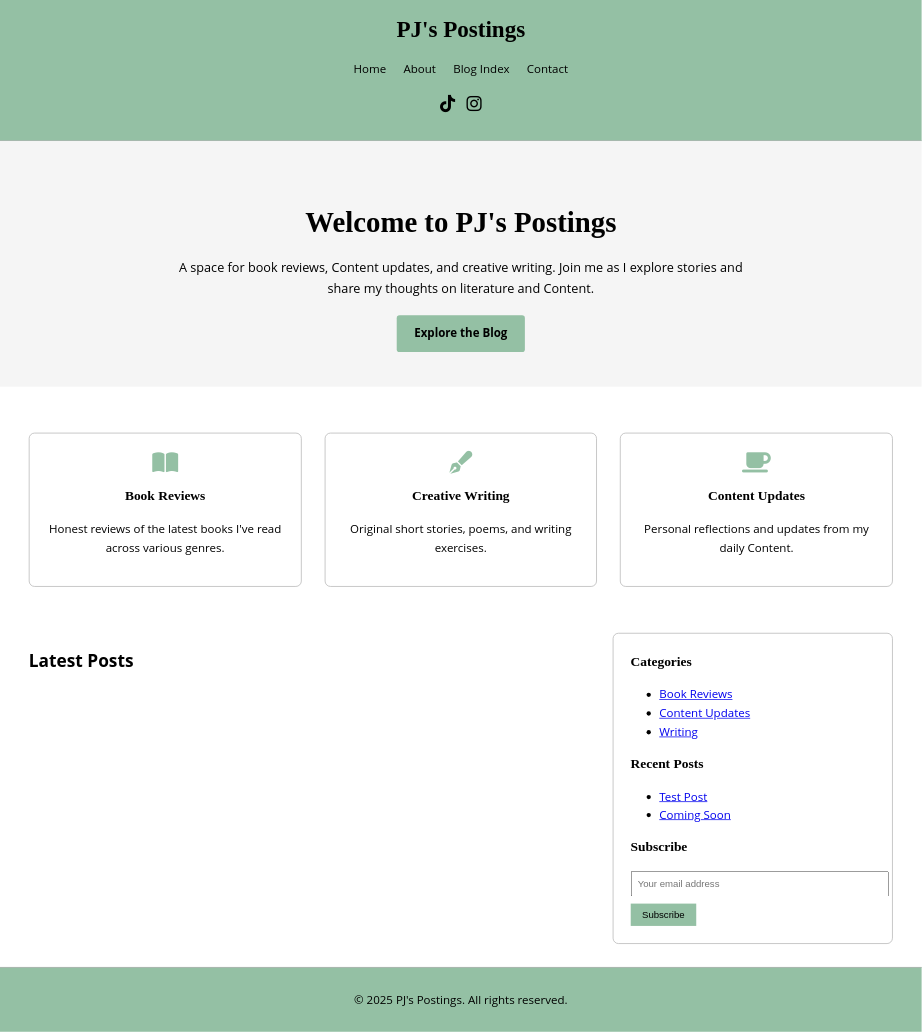
Repository: pjpatrick071/pjpatrick071.github.io
Page: index.html
An editor plug-in stored every save of this project. The page is shown before and after the next save, followed by the edit.
The browser window is 1280 px wide. The pictures show the whole page, at 72% of full size.
Some web fonts or font styles are not loaded; a fallback is used.

Above is the page before, as saved 2025-04-03 20:01:04.
Console error: ReferenceError: allPosts is not defined

### index.html
<!DOCTYPE html>
<html lang="en">
<head>
    <meta charset="UTF-8">
    <meta name="viewport" content="width=device-width, initial-scale=1.0">
    <title>PJ's Postings</title>

    <!-- Fonts -->
    <link href="https://fonts-api.wp.com/css?family=Playfair+Display:400,400i,700,700i|Open+Sans:400,400i,700,700i&subset=latin,latin-ext" rel="stylesheet">

    <!-- Font Awesome (for icons) -->
    <link href="https://cdnjs.cloudflare.com/ajax/libs/font-awesome/6.4.0/css/all.min.css" rel="stylesheet">

    <!-- Main Styles -->
    <style>
        :root {
            --soft-green: #94c0a4;
            --silver: #b3b3b3;
            --black: #000000;
            --white: #ffffff;
        }

        body {
            font-family: 'Open Sans', sans-serif;
            line-height: 1.6;
            margin: 0;
            padding: 0;
            background-color: var(--white);
            color: var(--black);
        }

        /* Header Styles */
        header {
            background-color: var(--soft-green);
            padding: 1rem 0;
            text-align: center;
            border-bottom: 1px solid var(--silver);
        }

        .logo {
            font-size: 2rem;
            font-weight: bold;
            margin: 0;
            color: var(--black);
            font-family: 'Playfair Display', serif;
        }

        /* Navigation */
        nav ul {
            padding: 0;
            list-style: none;
            display: flex;
            justify-content: center;
            gap: 1.5rem;
            margin: 1rem 0;
        }

        nav a {
            text-decoration: none;
            color: var(--black);
            font-weight: 500;
            transition: color 0.3s;
        }

        nav a:hover {
            color: var(--silver);
        }

        /* Hero Section */
        .hero {
            background-color: #f5f5f5;
            padding: 3rem 1rem;
            text-align: center;
            margin-bottom: 2rem;
        }

        .hero h2 {
            font-family: 'Playfair Display', serif;
            font-size: 2.5rem;
            margin-bottom: 1rem;
        }

        .hero p {
            max-width: 800px;
            margin: 0 auto 1.5rem;
            font-size: 1.1rem;
        }

        .cta-button {
            display: inline-block;
            background-color: var(--soft-green);
            color: var(--black);
            padding: 0.8rem 1.5rem;
            border-radius: 4px;
            text-decoration: none;
            font-weight: bold;
            transition: background-color 0.3s;
        }

        .cta-button:hover {
            background-color: #82ad90;
        }

        /* Features Section */
        .features {
            display: flex;
            justify-content: space-around;
            flex-wrap: wrap;
            gap: 2rem;
            padding: 2rem;
            max-width: 1200px;
            margin: 0 auto;
        }

        .feature-card {
            flex: 1;
            min-width: 250px;
            background-color: var(--white);
            border: 1px solid var(--silver);
            border-radius: 8px;
            padding: 1.5rem;
            text-align: center;
        }

        .feature-card i {
            font-size: 2rem;
            color: var(--soft-green);
            margin-bottom: 1rem;
        }

        .feature-card h3 {
            font-family: 'Playfair Display', serif;
            margin-top: 0;
        }

        /* Main Content */
        .container {
            max-width: 1200px;
            margin: 2rem auto;
            padding: 0 1rem;
            display: grid;
            grid-template-columns: 2fr 1fr;
            gap: 2rem;
        }

        /* Blog Posts */
        .blog-post {
            background-color: var(--white);
            border: 1px solid var(--silver);
            border-radius: 8px;
            padding: 1.5rem;
            margin-bottom: 2rem;
        }

        .post-title {
            color: var(--black);
            margin-top: 0;
            font-family: 'Playfair Display', serif;
        }

        .post-meta {
            color: var(--silver);
            font-size: 0.9rem;
            margin-bottom: 1rem;
        }

        /* Sidebar */
        .sidebar {
            background-color: var(--white);
            border: 1px solid var(--silver);
            border-radius: 8px;
            padding: 1.5rem;
        }

        .sidebar-title {
            margin-top: 0;
            color: var(--black);
            font-family: 'Playfair Display', serif;
        }

        /* Footer */
        footer {
            background-color: var(--soft-green);
            text-align: center;
            padding: 1rem 0;
            border-top: 1px solid var(--silver);
            margin-top: 2rem;
        }

        /* Social Icons */
        .social-links {
            display: flex;
            justify-content: center;
            gap: 1rem;
            margin: 1rem 0;
        }

        .social-links a {
            color: var(--black);
            font-size: 1.5rem;
            transition: transform 0.3s;
        }

        .social-links a:hover {
            transform: scale(1.2);
        }

        /* Responsive Design */
        @media (max-width: 768px) {
            .container {
                grid-template-columns: 1fr;
            }

            .features {
                flex-direction: column;
            }
        }
    </style>
</head>
<body>
    <!-- Header -->
    <header>
        <h1 class="logo">PJ's Postings</h1>
        <nav>
            <ul>
                <li><a href="index.html">Home</a></li>
                <li><a href="about.html">About</a></li>
                <li><a href="blog.html"> Blog Index</a></li>
                <li><a href="contact.html">Contact</a></li>
            </ul>
        </nav>

        <!-- Social Links -->
        <div class="social-links">
            <a href="https://www.tiktok.com/@p.j.patrick" target="_blank" rel="noopener noreferrer"><i class="fab fa-tiktok"></i></a>
            <a href="#" target="_blank" rel="noopener noreferrer"><i class="fab fa-instagram"></i></a>
        </div>
    </header>

    <!-- Hero Section -->
    <section class="hero">
        <h2>Welcome to PJ's Postings</h2>
        <p>A space for book reviews, Content updates, and creative writing. Join me as I explore stories and share my thoughts on literature and Content.</p>
        <a href="blog.html" class="cta-button">Explore the Blog</a>
    </section>

    <!-- Features Section -->
    <section class="features">
        <div class="feature-card">
            <i class="fas fa-book-open"></i>
            <h3>Book Reviews</h3>
            <p>Honest reviews of the latest books I've read across various genres.</p>
        </div>
        <div class="feature-card">
            <i class="fas fa-pen-fancy"></i>
            <h3>Creative Writing</h3>
            <p>Original short stories, poems, and writing exercises.</p>
        </div>
        <div class="feature-card">
            <i class="fas fa-coffee"></i>
            <h3>Content Updates</h3>
            <p>Personal reflections and updates from my daily Content.</p>
        </div>
    </section>

    <!-- Main Content -->
    <div class="container">
        <!-- Blog Posts Section -->
        <main>
            <h2>Latest Posts</h2>
            <div id="recent-posts-container">

            </div>
            <!-- Additional posts can be added by duplicating the article element -->
        </main>

        <!-- Sidebar -->
        <aside class="sidebar">
            <h3 class="sidebar-title">Categories</h3>
            <ul>
                <li><a href="blog.html#book-reviews">Book Reviews</a></li>
                <li><a href="blog.html#content-updates">Content Updates</a></li>
                <li><a href="blog.html#writing">Writing</a></li>
            </ul>

            <h3 class="sidebar-title">Recent Posts</h3>
            <ul>
                <li><a href="blog.html#test-post">Test Post</a></li>
                <li><a href="blog.html#coming-soon">Coming Soon</a></li>
            </ul>

            <!-- Email Subscription Form -->
            <h3 class="sidebar-title">Subscribe</h3>
            <form action="#" method="post">
                <input type="email" name="email" placeholder="Your email address" style="width: 100%; padding: 8px; margin-bottom: 10px;">
                <button type="submit" style="background: var(--soft-green); border: none; padding: 8px 16px; cursor: pointer;">Subscribe</button>
            </form>
        </aside>
    </div>

    <!-- Footer -->
    <footer>
        <p>&copy; <script>document.write(new Date().getFullYear());</script> PJ's Postings. All rights reserved.</p>
    </footer>

    <!-- JavaScript for dynamic elements -->
    <script>
        // Simple script to handle mobile menu toggle
        document.addEventListener('DOMContentLoaded', function() {
            // You can add interactive functionality here
            console.log('Blog loaded successfully!');
        });
    </script>
    <script>
        document.addEventListener('DOMContentLoaded', function() {
            // List of all your blog posts in reverse chronological order

            fetch('posts.json')
                    .then(response => response.json())
                    .then(data => {
                    const allPosts = data.posts;
                    // Rest of your existing code
                     });

            // Sort posts by date (newest first)
            allPosts.sort((a, b) => new Date(b.date) - new Date(a.date));

            // Get only the most recent posts (e.g., 3)
            const recentPosts = allPosts.slice(0, 3);

            // Display them
            const container = document.getElementById('recent-posts-container');

            recentPosts.forEach(post => {
                const postElement = document.createElement('article');
                postElement.className = 'blog-post';
                postElement.innerHTML = `
                    <h2 class="post-title">${post.title}</h2>
                    <p class="post-meta">Posted on ${formatDate(post.date)}</p>
                    <div class="entry-content">
                        <p>${post.excerpt}</p>
                        <a href="${post.url}">Read more</a>
                    </div>
                `;
                container.appendChild(postElement);
            });

            function formatDate(dateString) {
                const options = { year: 'numeric', month: 'long', day: 'numeric' };
                return new Date(dateString).toLocaleDateString('en-US', options);
            }
        });
        </script>
</body>
</html>

### posts.json
{
    "posts": [{
    title: "New TikTok Content Coming April 1st",
    date: "2024-03-28",
    url: "posts/new-tiktok.html",
    excerpt: "Exciting new content coming to my TikTok channel!"
},
{
    title: "ACOTAR Review: Overhyped and Underwhelming",
    date: "2024-03-25",
    url: "posts/acotar-review.html",
    excerpt: "A critical look at Sarah J. Maas's popular fantasy series."
},
{
    title: "Alternate Universes",
    date: "2024-03-15",
    url: "posts/alternate-universes.html",
    excerpt: "The concept of alternate universes in fiction and how writers can use them effectively."
},
{
    title: "Website Refresh Coming Soon",
    date: "2024-03-15",
    url: "posts/website-updates.html",
    excerpt: "Plans for improving PJ's Postings."
},
{
    title: "LOTR Review: A Timeless Masterpiece",
    date: "2024-02-10",
    url: "posts/lotr-review.html",
    excerpt: "Why Tolkien's epic continues to define the fantasy genre."
},
{
    title: "Behind the Snail Trail",
    date: "2024-04-01",
    url: "posts/snail-trail.html",
    excerpt: "Exploring the slow but meaningful process of writing."
}

After the next save:
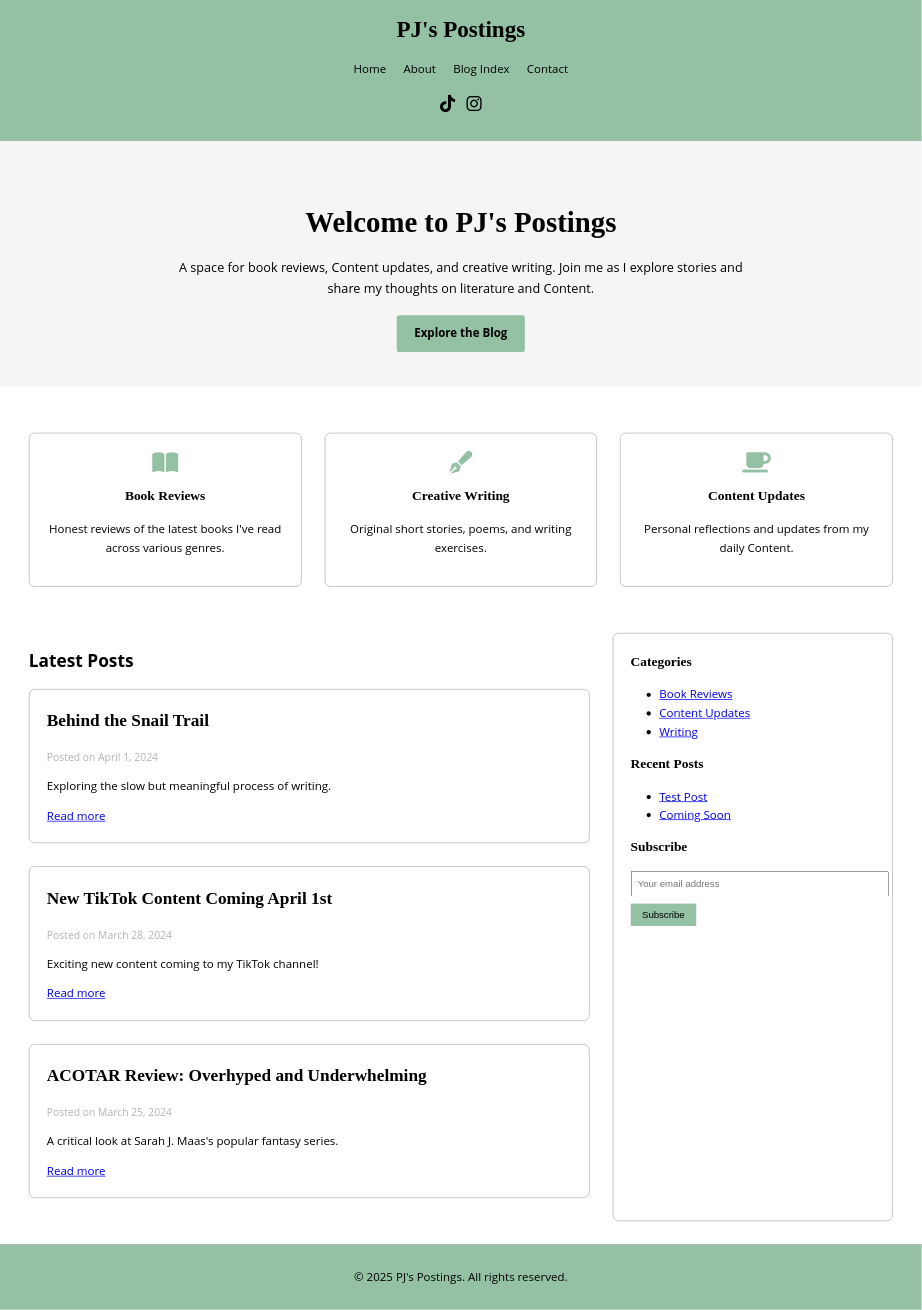
Console error (its wording comes from the project's code and is left out).
Saved 10 s later.
--- a/index.html
+++ b/index.html
@@ -314,7 +314,44 @@
     <script>
         document.addEventListener('DOMContentLoaded', function() {
             // List of all your blog posts in reverse chronological order
-
+            const allPosts = [
+                {
+                    title: "New TikTok Content Coming April 1st",
+                    date: "2024-03-28",
+                    url: "posts/new-tiktok.html",
+                    excerpt: "Exciting new content coming to my TikTok channel!"
+                },
+                {
+                    title: "ACOTAR Review: Overhyped and Underwhelming",
+                    date: "2024-03-25",
+                    url: "posts/acotar-review.html",
+                    excerpt: "A critical look at Sarah J. Maas's popular fantasy series."
+                },
+                {
+                    title: "Alternate Universes",
+                    date: "2024-03-15",
+                    url: "posts/alternate-universes.html",
+                    excerpt: "The concept of alternate universes in fiction and how writers can use them effectively."
+                },
+                {
+                    title: "Website Refresh Coming Soon",
+                    date: "2024-03-15",
+                    url: "posts/website-updates.html",
+                    excerpt: "Plans for improving PJ's Postings."
+                },
+                {
+                    title: "LOTR Review: A Timeless Masterpiece",
+                    date: "2024-02-10",
+                    url: "posts/lotr-review.html",
+                    excerpt: "Why Tolkien's epic continues to define the fantasy genre."
+                },
+                {
+                    title: "Behind the Snail Trail",
+                    date: "2024-04-01",
+                    url: "posts/snail-trail.html",
+                    excerpt: "Exploring the slow but meaningful process of writing."
+                }
+            ];
             fetch('posts.json')
                     .then(response => response.json())
                     .then(data => {
